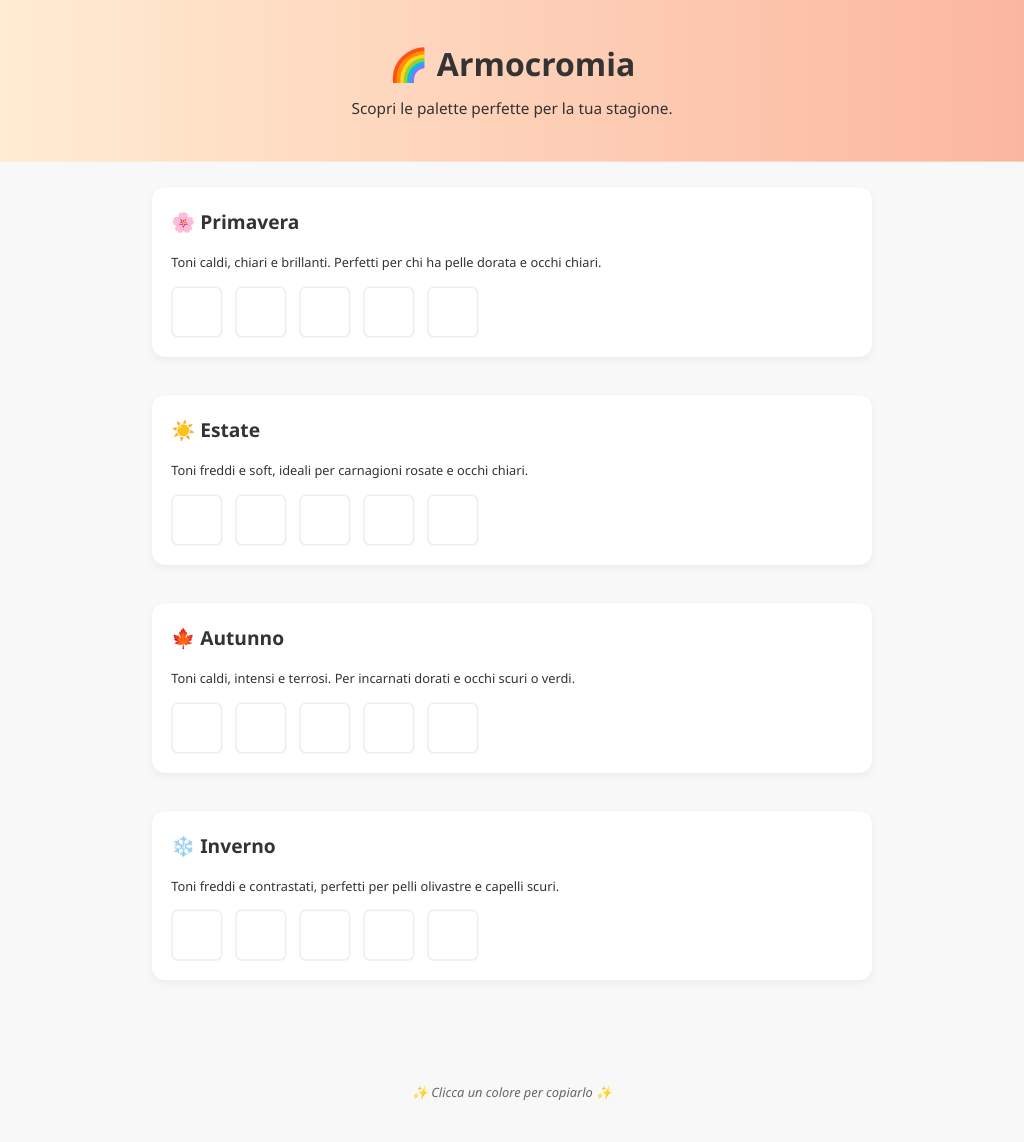
Repository: Probyte5D/Armocromia-website
Page: index.html
An editor plug-in stored every save of this project. The page is shown before and after the next save, followed by the edit.
The browser window is 1280 px wide. The pictures show the whole page, at 80% of full size.

Above is the page before, as saved 2025-04-17 20:07:21.
Console error: TypeError: Cannot read properties of null (reading 'addEventListener')

### index.html
<!DOCTYPE html>
<html lang="it">
<head>
  <meta charset="UTF-8" />
  <meta name="viewport" content="width=device-width, initial-scale=1.0" />
  <title>Armocromia - Scopri la tua stagione</title>
  <link rel="stylesheet" href="style.css" />
</head>
<body>
  <header>
    <h1>🌈 Armocromia</h1>
    <p>Scopri le palette perfette per la tua stagione.</p>
  </header>

  <main>
    <section class="season primavera">
      <h2>🌸 Primavera</h2>
      <p>Toni caldi, chiari e brillanti. Perfetti per chi ha pelle dorata e occhi chiari.</p>
      <div class="palette">
        <div class="color" data-color="#FFD1DC"></div>
        <div class="color" data-color="#FFFACD"></div>
        <div class="color" data-color="#E0BBE4"></div>
        <div class="color" data-color="#FFB347"></div>
        <div class="color" data-color="#B5EAD7"></div>
      </div>
    </section>

    <section class="season estate">
      <h2>☀️ Estate</h2>
      <p>Toni freddi e soft, ideali per carnagioni rosate e occhi chiari.</p>
      <div class="palette">
        <div class="color" data-color="#BFD7EA"></div>
        <div class="color" data-color="#D6E2E9"></div>
        <div class="color" data-color="#A2D2FF"></div>
        <div class="color" data-color="#CDB4DB"></div>
        <div class="color" data-color="#E2F0CB"></div>
      </div>
    </section>

    <section class="season autunno">
      <h2>🍁 Autunno</h2>
      <p>Toni caldi, intensi e terrosi. Per incarnati dorati e occhi scuri o verdi.</p>
      <div class="palette">
        <div class="color" data-color="#D2691E"></div>
        <div class="color" data-color="#C3B091"></div>
        <div class="color" data-color="#A0522D"></div>
        <div class="color" data-color="#F4A460"></div>
        <div class="color" data-color="#B22222"></div>
      </div>
    </section>

    <section class="season inverno">
      <h2>❄️ Inverno</h2>
      <p>Toni freddi e contrastati, perfetti per pelli olivastre e capelli scuri.</p>
      <div class="palette">
        <div class="color" data-color="#000000"></div>
        <div class="color" data-color="#4169E1"></div>
        <div class="color" data-color="#8A2BE2"></div>
        <div class="color" data-color="#FF1493"></div>
        <div class="color" data-color="#00CED1"></div>
      </div>
    </section>
  </main>

  <footer>
    <p>✨ Clicca un colore per copiarlo ✨</p>
  </footer>

  <script src="script.js"></script>
</body>
</html>

### style.css
body {
  margin: 0;
  font-family: 'Segoe UI', sans-serif;
  background: #f8f8f8;
  color: #333;
  line-height: 1.6;
}

header {
  text-align: center;
  padding: 3rem 1rem 2rem;
  background: linear-gradient(to right, #ffecd2, #fcb69f);
}

header h1 {
  font-size: 2.5rem;
  margin: 0;
}

header p {
  font-size: 1.2rem;
  margin-top: 0.5rem;
}

main {
  max-width: 900px;
  margin: 0 auto;
  padding: 2rem;
}

.season {
  margin-bottom: 3rem;
  padding: 1.5rem;
  border-radius: 1rem;
  background-color: #fff;
  box-shadow: 0 4px 10px rgba(0, 0, 0, 0.05);
}

.season h2 {
  margin-top: 0;
}

.palette {
  display: flex;
  gap: 1rem;
  margin-top: 1rem;
}

.color {
  width: 60px;
  height: 60px;
  border-radius: 8px;
  cursor: pointer;
  transition: transform 0.2s;
  border: 2px solid #eee;
}

.color:hover {
  transform: scale(1.1);
  border-color: #999;
}

footer {
  text-align: center;
  padding: 2rem;
  font-style: italic;
  color: #666;
}

### script.js
document.getElementById('armocromiaTest').addEventListener('submit', function(e) {
  e.preventDefault();

  const capelli = document.querySelector('input[name="capelli"]:checked')?.value;
  const occhi = document.querySelector('input[name="occhi"]:checked')?.value;
  const pelle = document.querySelector('input[name="pelle"]:checked')?.value;

  if (!capelli || !occhi || !pelle) {
    alert('Per favore, rispondi a tutte le domande.');
    return;
  }

  let stagione = '';
  let palette = [];

  // Logica semplificata per determinare la stagione
  if (capelli === 'chiari' && occhi === 'chiari' && pelle === 'si_abbronza') {
    stagione = 'Primavera';
    palette = ['#FFD1DC', '#FFFACD', '#E0BBE4', '#FFB347', '#B5EAD7'];
  } else if (capelli === 'chiari' && occhi === 'chiari' && pelle === 'si_scotta') {
    stagione = 'Estate';
    palette = ['#BFD7EA', '#D6E2E9', '#A2D2FF', '#CDB4DB', '#E2F0CB'];
  } else if (capelli === 'scuri' && occhi === 'scuri' && pelle === 'si_abbronza') {
    stagione = 'Autunno';
    palette = ['#D2691E', '#C3B091', '#A0522D', '#F4A460', '#B22222'];
  } else {
    stagione = 'Inverno';
    palette = ['#000000', '#4169E1', '#8A2BE2', '#FF1493', '#00CED1'];
  }

  document.getElementById('stagione').textContent = `La tua stagione è: ${stagione}`;
  const paletteContainer = document.getElementById('palette');
  paletteContainer.innerHTML = '';
  palette.forEach(color => {
    const div = document.createElement('div');
    div.className = 'color-box';
    div.style.backgroundColor = color;
    div.title = color;
    div.addEventListener('click', () => {
      navigator.clipboard.writeText(color);
      alert(`Colore ${color} copiato negli appunti!`);
    });
    paletteContainer.appendChild(div);
  });

  document.getElementById('risultato').classList.remove('hidden');
});



document.querySelectorAll(".color").forEach((div) => {
  div.style.backgroundColor = div.dataset.color;

  div.addEventListener("click", () => {
    const colorCode = div.dataset.color;
    navigator.clipboard.writeText(colorCode).then(() => {
      div.style.outline = "3px solid #222";
      setTimeout(() => div.style.outline = "none", 1000);
    });
  });
});

After the next save:
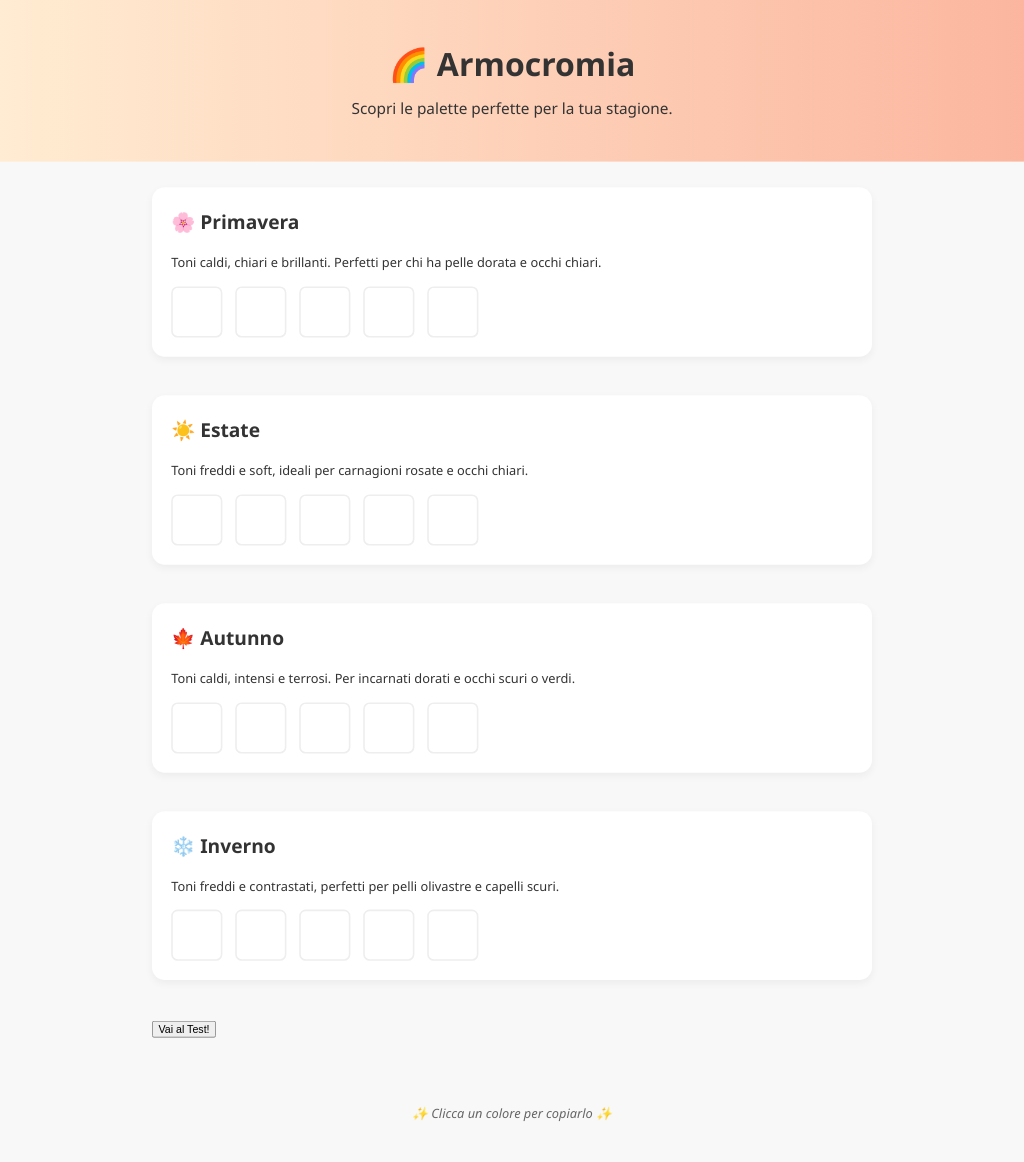
Saved 70 s later.
--- a/index.html
+++ b/index.html
@@ -60,6 +60,14 @@
         <div class="color" data-color="#00CED1"></div>
       </div>
     </section>
+
+    <!-- Bottone per andare al test -->
+    <section class="test-link">
+      <a href="test.html">
+        <button id="vai-al-test">Vai al Test!</button>
+      </a>
+    </section>
+
   </main>
 
   <footer>
